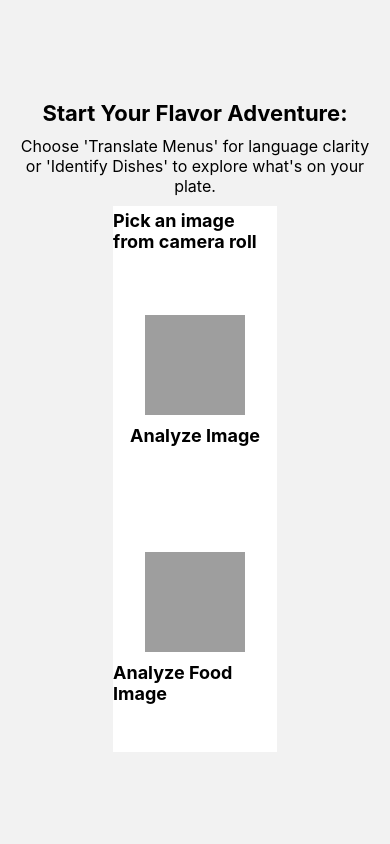
Repository: djdjdallas/taste-without-borders
Screen: /Home
The author's editor kept a copy of each file at every save. The screen is drawn from the files as they stood at one save, then again after the next save.
Pictures or frames that could not be fetched are drawn as grey boxes. The app was drawn by React Native's web renderer in a window 390 px wide. The project was rebuilt for these pictures with package versions that can differ from the ones it lists, and the page was loaded fresh each time.

Above is the screen before, as saved 2023-12-26 20:24:03.

After the next save:
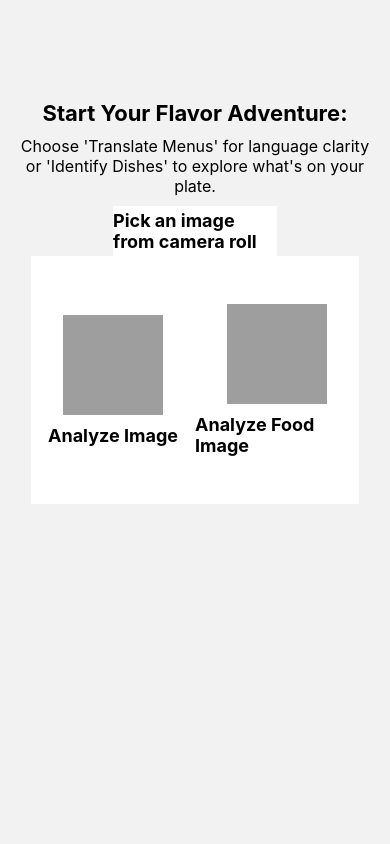
Saved 5 s later.
--- a/HomeScreen.js
+++ b/HomeScreen.js
@@ -230,7 +230,7 @@ const styles = StyleSheet.create({
   },
   buttonGroup: {
     flex: 1,
-    flexDirection: "column",
+    flexDirection: "row",
   },
   button: {
     width: 164,
